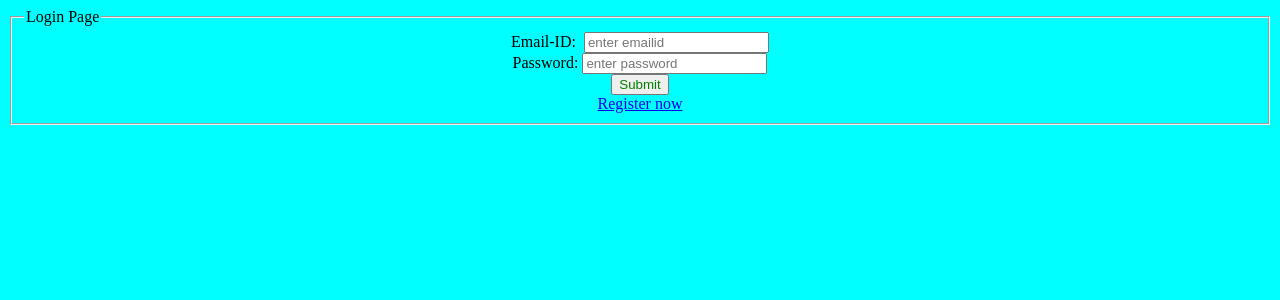
Repository: Tharungandhi/ServeltProject
Page: ServletJDBCApp/WebContent/login.html
An editor plug-in stored every save of this project. The page is shown before and after the next save, followed by the edit.
The browser window is 1280 px wide. The pictures show the whole page.

Above is the page before, as saved 2019-01-29 10:51:01.

### ServletJDBCApp/WebContent/login.html
















<!DOCTYPE html>
<html>
<head>
<style>
    body {
      background-color: aqua;
    }



</style>
<meta charset="UTF-8">
<title>Login Page</title>
</head>
<body>
<form action="login" method="post">

<fieldset>
<legend> Login Page</legend>
<div align="center">
<div>
<label>Email-ID:</label>
&nbsp;<input type="email" name="emailid"  placeholder="enter emailid" value="" required/> </div>
<div>
<label>Password:</label>
<input type="password" name="password"  placeholder="enter password" value="" required/> </div>
<input style='color: green' type="submit" name="submit"/>
<div>
<a href=registration.html> Register now </a> </div>
</div>
</fieldset>
</form>
</body>
</html>

After the next save:
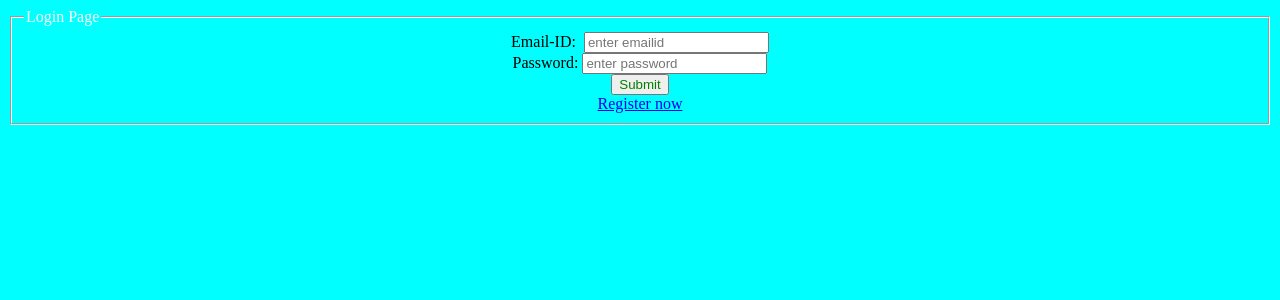
Saved 114 s later.
--- a/ServletJDBCApp/WebContent/login.html
+++ b/ServletJDBCApp/WebContent/login.html
@@ -21,8 +21,12 @@
     body {
       background-color: aqua;
     }
-
-
+  title{
+  color: maroon;
+  }
+ legend{
+ color: highlighttext;
+ }
 
 </style>
 <meta charset="UTF-8">
